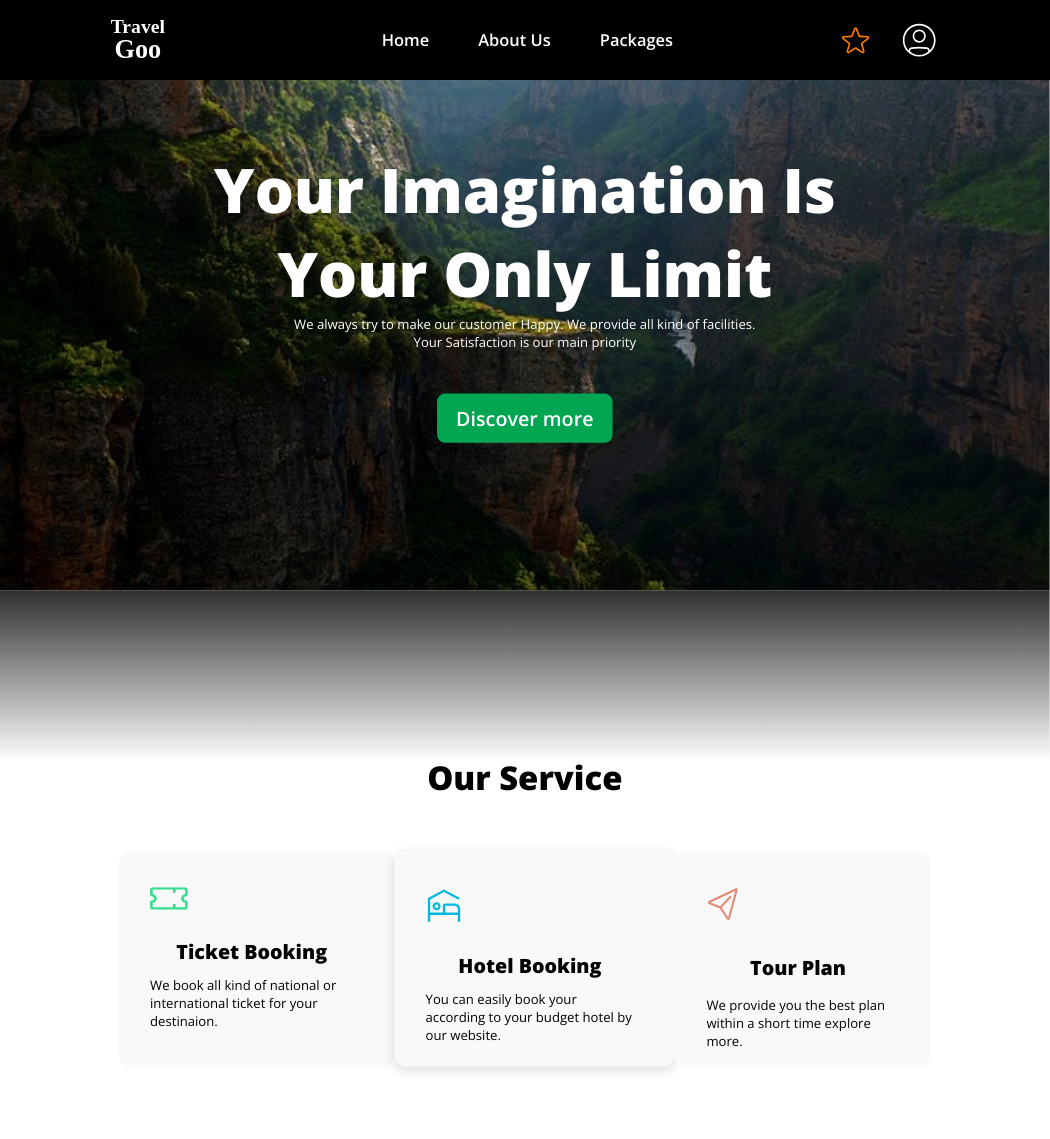
Repository: simralgasimov/back-project
Page: index.html
These files come from the project's save history. The page is drawn as it stood at one moment and after the next save; the edit follows.
The browser window is 1280 px wide. The pictures show the whole page, at 82% of full size.
Some web fonts or font styles are not loaded; a fallback is used.

Above is the page before, as saved 2023-09-27 13:59:29.

### index.html
<!DOCTYPE html>
<html lang="en">
  <head>
    <meta charset="UTF-8" />
    <meta name="viewport" content="width=device-width, initial-scale=1.0" />
    <title>Document</title>
    <link rel="stylesheet" href="./index.css" />
  </head>
  <body>
    <div class="container">
      <div class="container-1">
        <div class="navbar">
          <a href="#">
            <p class="logo">
              Travel
              <span> Goo </span>
            </p>
          </a>

          <div class="menu">
            <ul>
              <li>Home</li>
              <li>About Us</li>
              <li>Packages</li>
            </ul>
          </div>
          <div class="icon">
            <img src="./clarity_favorite-line.svg" alt="" />
            <img src="./healthicons_ui-user-profile-outline.svg" alt="" />
          </div>
        </div>
        <main>
          <h1>Your Imagination Is Your Only Limit</h1>
          <p>
            We always try to make our customer Happy. We provide all kind of
            facilities. Your Satisfaction is our main priority
          </p>
          <button>
            <a href="#">Discover more</a>
          </button>
        </main>
      </div>
      <div class="container-2">
        <h2>Our Service</h2>
        <div class="services">
          <div class="ticket list">
            <img src="./Vector.svg" alt="" />
            <h1>Ticket Booking</h1>
            <p>
              We book all kind of national or international ticket for your
              destinaion.
            </p>
          </div>
          <div class="hotel list">
            <img src="./carbon_hotel.svg" alt="" />
            <h1>Hotel Booking</h1>
            <p>
              You can easily book your according to your budget hotel by our
              website.
            </p>
          </div>
          <div class="tour list">
            <img src="./cil_paper-plane.svg" alt="" />
            <h1>Tour Plan</h1>
            <p>
              We provide you the best plan within a short time explore more.
            </p>
          </div>
        </div>
      </div>
    </div>
  </body>
</html>

### index.css
@import url("https://fonts.googleapis.com/css2?family=Laila:wght@400;600;700&family=Open+Sans:wght@400;600;800&display=swap");
* {
  padding: 0;
  margin: 0;
  box-sizing: border-box;
}

.container {
  min-height: 100vh;
  width: 100%;
}
a {
  text-decoration: none;
}
.container .navbar {
  width: 100%;
  padding: 20px 135px;
  display: flex;
  justify-content: space-between;
  align-items: center;
  position: fixed;
  top: 0;
  background-color: black;
}
.container-1 {
  min-height: 100vh;
  display: flex;
  flex-direction: column;
  align-items: center;
  justify-content: center;
  background-image: url("./canyon-1740973_640.jpg");
  background-repeat: no-repeat;
  background-size: 100% 100%;
}
.container .navbar .logo {
  color: #fff;
  text-align: center;
  font-family: Laila;
  font-size: 24px;
  font-style: normal;
  font-weight: 700;
  line-height: 102.5%;
}
.container .navbar .logo span {
  display: block;
  color: #fff;
  font-family: Laila;
  font-size: 32px;
  font-style: normal;
  font-weight: 700;
  line-height: 102.5%;
}

.container .navbar .menu ul {
  list-style-type: none;
  display: flex;
}

.container .navbar .menu ul li {
  color: #fff;
  font-family: Open Sans;
  font-size: 20px;
  font-style: normal;
  font-weight: 600;
  line-height: normal;
  justify-content: space-between;
  margin-left: 60px;
}

.container .navbar .icon {
  display: flex;
  justify-content: space-between;
  align-items: center;
}

.container .navbar .icon img:first-child {
  margin-right: 36px;
  width: 36px;
  height: 36px;
}
.container .navbar .icon img:last-child {
  width: 48px;
  height: 48px;
}

.container .box {
  display: flex;
  justify-content: center;
  text-align: center;
}
.container .container-1 h1 {
  width: 779px;
  color: #fff;
  text-align: center;
  font-family: Open Sans;
  font-size: 75px;
  font-style: normal;
  font-weight: 800;
  line-height: normal;
}

.container .text-box {
  margin-top: 57px;
  display: flex;
  justify-content: center;
  text-align: center;
}
.container .container-1 main p {
  width: 568px;
  color: #fff;
  text-align: center;
  font-family: Open Sans;
  font-size: 16px;
  font-style: normal;
  font-weight: 400;
  line-height: normal;
}

.container .container-1 button {
  border: none;
  width: 214px;
  height: 60px;
  border-radius: 10px;
  background: #00a651;
  display: flex;
  justify-content: center;
  align-items: center;
  margin-top: 52px;
}

.container button a {
  text-decoration: none;
  color: #fff;
  text-align: center;
  font-family: Open Sans;
  font-size: 24px;
  font-style: normal;
  font-weight: 600;
  line-height: normal;
}

.container-2 {
  padding: 200px 145px 88px 145px;
  background: linear-gradient(
    180deg,
    rgba(0, 0, 0, 0.81) 0%,
    rgba(72, 72, 72, 0) 31.25%,
    rgba(158, 158, 158, 0) 77.6%,
    #fff 85.42%
  );
}

.container-2 h2 {
  margin-bottom: 63px;
  color: #000;
  text-align: center;
  font-family: Open Sans;
  font-size: 40px;
  font-style: normal;
  font-weight: 700;
  line-height: normal;
}

.container-2 .services {
  display: flex;
  justify-content: space-between;
}

.container-2 .services .list {
  padding: 44px 50px 20px 38px;
  border-radius: 15px;
  background: #f9f9f9;
}

.container-2 .services .list h1 {
  margin-top: 30px;
  margin-bottom: 13px;
  color: #000;
  text-align: center;
  font-family: Open Sans;
  font-size: 24px;
  font-style: normal;
  font-weight: 700;
  line-height: normal;
}

.container-2 .services .ticket p {
  color: #000;
  font-family: Open Sans;
  font-size: 16px;
  font-style: normal;
  font-weight: 400;
  line-height: normal;
}

.container-2 .services .hotel {
  box-shadow: 0px 4px 16px 0px rgba(0, 0, 0, 0.15);
}

/* .container-2 .services .hotel h1 {
  margin-top: 36px;
  margin-bottom: 16px;
  color: #000;
  text-align: center;
  font-family: Open Sans;
  font-size: 24px;
  font-style: normal;
  font-weight: 700;
  line-height: normal;
} */

.container-2 .services .hotel p {
  color: #000;
  font-family: Open Sans;
  font-size: 16px;
  font-style: normal;
  font-weight: 400;
  line-height: normal;
}
.container-2 .services .tour h1 {
  margin-top: 36px;
  margin-bottom: 19px;
  color: #000;
  text-align: center;
  font-family: Open Sans;
  font-size: 24px;
  font-style: normal;
  font-weight: 700;
  line-height: normal;
}
.container-2 .services .tour p {
  color: #000;
  font-family: Open Sans;
  font-size: 16px;
  font-style: normal;
  font-weight: 400;
  line-height: normal;
}

.container .container-1 main {
  display: flex;
  flex-direction: column;
  align-items: center;
}

After the next save:
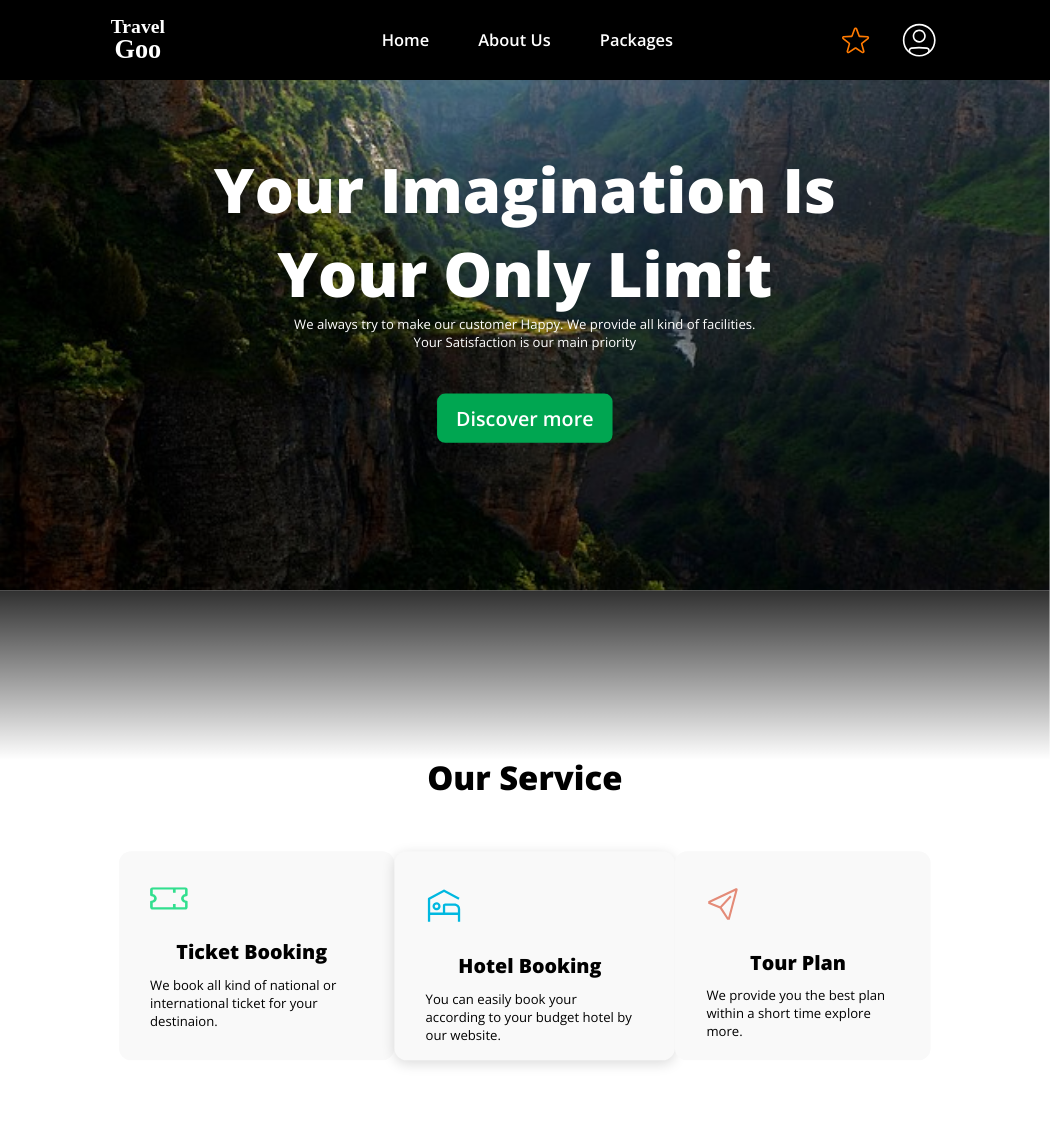
Saved 4 s later.
--- a/index.css
+++ b/index.css
@@ -217,7 +217,7 @@ a {
   font-weight: 400;
   line-height: normal;
 }
-.container-2 .services .tour h1 {
+/* .container-2 .services .tour h1 {
   margin-top: 36px;
   margin-bottom: 19px;
   color: #000;
@@ -227,7 +227,7 @@ a {
   font-style: normal;
   font-weight: 700;
   line-height: normal;
-}
+} */
 .container-2 .services .tour p {
   color: #000;
   font-family: Open Sans;
